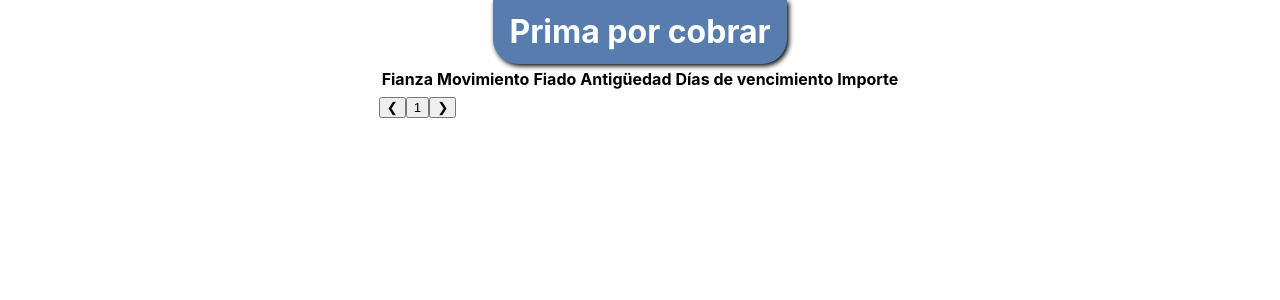
Repository: PCGP22/prueba-t-cnica-liberty-finanzas
Page: / (app in Prueba técnica full-stack/client/)
The author's editor kept a copy of each file at every save. The page is drawn from the files as they stood at one save, then again after the next save.
The browser window is 1280 px wide. The pictures show the whole page.
The page's requests for data from a server got no answer. The project was rebuilt for these pictures with package versions that can differ from the ones it lists, and the page was loaded fresh each time. No one was signed in, and anything a server would have sent is missing. Also part of the build but not shown: Prueba técnica full-stack/client/vite.config.js, Prueba técnica full-stack/client/src/components/Card.jsx, Prueba técnica full-stack/client/src/components/CardsContainer.jsx, Prueba técnica full-stack/client/src/components/Filters.jsx.

Above is the page before, as saved 2023-11-14 07:34:00.

### Prueba técnica full-stack/client/src/App.jsx
import { dataContext } from "./context/dataContext";
import Table from "./components/Table";
import { useEffect, useReducer } from "react";
import Pagination from "./components/pagination";
import reducer from "./hooks/Reducer";
import Header from "./components/Header";

function App() {
  let url = "http://localhost:5000/primas";
  const initialState = {
    backupData: {},
    data: {},
    dataToShow: {},
    currentPage: 1,
    maxPages: 1,
    contentPerPage: 8,
  };

  const [state, dispatch] = useReducer(reducer, initialState);
  useEffect(() => {
    fetch(url)
      .then((res) => res.json())
      .then((data) => dispatch({ type: "initialize", payload: data.primas }));
  }, [url]);

  return (
    <dataContext.Provider value={[state, dispatch]}>
      <Header />
      <Table />
      <Pagination />
    </dataContext.Provider>
  );
}

export default App;

### Prueba técnica full-stack/client/src/index.css
:root {
  font-family: Inter, system-ui, Avenir, Helvetica, Arial, sans-serif;
  line-height: 1.5;
  font-weight: 400;
  --background-color: #f2f2f1;
  --darkest-blue: #22305a;
  --blue: #1a4b94;
  --light-blue: #577dae;
  --lightest-blue: #9fbde4;
  --status-red: #de7878;
  --status-yellow: #f6c476;
  --status-green: #8fc475;
  --icon-red: #b93d3d;
  --icon-green: #6cb85d;
  --text-blue: #3a689d;
  --text-red:  #af2e2c;
  --box-shadow: black 2px 2px 5px;
}
body, h1{
  margin: 0;
  padding: 0;
}
body, header{
  display: flex;
  flex-direction: column;
  align-items: center;
}
h1{
  display: inline-block;
  padding: 8px 16px;
  border-radius: 0 0 25px 25px;
  background-color: var(--light-blue);
  color:white;
  text-align: center;
  box-shadow: var(--box-shadow);
}

header{
  background-image: linear-gradient(var(--blue), var(--darkest-blue), 90deg);
}

### Prueba técnica full-stack/client/src/context/dataContext.js
import { createContext } from "react";

export const dataContext = createContext();

### Prueba técnica full-stack/client/src/components/Table.jsx
import { calculateAntiquityInDays } from "../utils/utils";
import { useContext } from "react";
import { dataContext } from "../context/dataContext";

function Table() {
  const [state, dispatch] = useContext(dataContext);

  return (
    <table>
      <tbody>
        <tr>
          <th>Fianza</th>
          <th>Movimiento</th>
          <th>Fiado</th>
          <th>Antigüedad</th>
          <th>Días de vencimiento</th>
          <th>Importe</th>
        </tr>
        {state.dataToShow.length > 0 &&
          state.dataToShow.map((t) => {
            let antiquity = calculateAntiquityInDays(
              t.datos["fecha de emisión"]
            );
            let daysSinceStale = calculateAntiquityInDays(
              t.datos["fecha de vencimiento"]
            );
            if (daysSinceStale < 0) daysSinceStale = 0;
            return (
              <tr key={t.datos.código_de_fianza}>
                <td>{t.datos.código_de_fianza}</td>
                <td>{t.datos.tipo_de_movimiento}</td>
                <td>{t.datos.fiado}</td>
                <td>{antiquity}</td>
                <td>{daysSinceStale}</td>
                <td>${t.datos.importe.toLocaleString()}</td>
              </tr>
            );
          })}
      </tbody>
    </table>
  );
}

export default Table;

### Prueba técnica full-stack/client/src/components/pagination.jsx
import { useContext } from "react";
import { dataContext } from "../context/dataContext";

function Pagination() {
  const [state, dispatch] = useContext(dataContext);

  //   return <button onClick={() => dispatch({ type: "change" })}>Cambiar</button>;
  //   const { state.maxPages, state.currentPage, setstate.CurrentPage, setNextPage, setPrevPage } =
  // useContext(dataContext);
  //This pagination is somewhat complex because I've used it before in bigger proyects.
  //First, it initializes the pagination buttons to the first 6 numbers except for the number 1
  //The reason it doesn't includes the first page is because the first and last page buttons are always shown
  let pagesButtons = [2, 3, 4, 5, 6];
  //while the current page stays on the first three pages, show all first 6
  //The reason for the if, it's that I want the first 6 buttons to be shown when returning from the latest pages
  if (
    state.currentPage === 1 ||
    state.currentPage === 2 ||
    state.currentPage === 3
  ) {
    pagesButtons = [2, 3, 4, 5, 6];
  }
  //As soon as we change to page 4 or more, let's follow the current page and
  //add two buttons to the left and two to the right
  if (state.currentPage >= 4) {
    pagesButtons = [
      state.currentPage - 2,
      state.currentPage - 1,
      state.currentPage,
      state.currentPage + 1,
      state.currentPage + 2,
    ];
  }
  //When approaching to the right end of the pagination, show the last 5 pages
  if (
    state.currentPage === state.maxPages - 1 ||
    state.currentPage === state.maxPages - 2 ||
    state.currentPage === state.maxPages
  ) {
    //The reason it doesn't includes the last page is because the first and last page buttons are always shown
    pagesButtons = [
      state.maxPages - 5,
      state.maxPages - 4,
      state.maxPages - 3,
      state.maxPages - 2,
      state.maxPages - 1,
    ];
  }
  return (
    <section className="pagination">
      <button
        //About the class: When in first or last page the navigation chevrons will have a special class
        //The same happens when the button is the current page
        className={`${state.currentPage === 1 && "disabled"}`}
        onClick={() => dispatch({ type: "prevPage" })}>
        ❮
      </button>
      {/* First button, always shown */}
      <button
        className={`${state.currentPage === 1 && "disabled"}`}
        onClick={() => dispatch({ type: "setPage", payload: 1 })}>
        1
      </button>
      {/* Adds three dots in case the current page is bigger than 4*/}
      {state.currentPage > 4 && <p>•••</p>}
      {/* Map through all pages defined in the first part*/}
      {pagesButtons.map((p) => {
        if (p > 1 && p < state.maxPages)
          return (
            <button
              className={`${state.currentPage === p && "disabled"}`}
              key={p}
              onClick={() => dispatch({ type: "setPage", payload: p })}>
              {p}
            </button>
          );
      })}
      {/* Adds three dots in case the current page is getting closer to the right end*/}
      {state.currentPage < state.maxPages - 3 && <p>•••</p>}
      {/* If there's more than 1 page, show always the last page*/}
      {state.maxPages > 1 && (
        <button
          className={`${state.currentPage === state.maxPages && "disabled"}`}
          onClick={() =>
            dispatch({ type: "setPage", payload: state.maxPages })
          }>
          {state.maxPages}
        </button>
      )}
      <button
        className={`${state.currentPage === state.maxPages && "disabled"}`}
        onClick={() => dispatch({ type: "nextPage" })}>
        ❯
      </button>
    </section>
  );
}

export default Pagination;

### Prueba técnica full-stack/client/src/hooks/Reducer.js
function reducer(state, action) {
  function divideData(data, currentPage, state) {
    let dividedData = data.slice(
      (currentPage - 1) * state.contentPerPage,
      currentPage * state.contentPerPage
    );
    return dividedData;
  }
  function calculateMaxPages(data, state) {
    let maxPages = Math.ceil(data.length / state.contentPerPage);
    return maxPages;
  }
  const { type, payload } = action;
  switch (type) {
    case "initialize":
      return {
        ...state,
        backupData: payload,
        data: payload,
        dataToShow: divideData(payload, 1, state),
        maxPages: calculateMaxPages(payload, state),
      };
    case "prevPage":
      if (state.currentPage > 1) {
        return {
          ...state,
          currentPage: state.currentPage - 1,
          dataToShow: divideData(state.data, state.currentPage - 1, state),
        };
      } else return state;
    case "nextPage":
      if (state.currentPage < state.maxPages) {
        return {
          ...state,
          currentPage: state.currentPage + 1,
          dataToShow: divideData(state.data, state.currentPage + 1, state),
        };
      } else return state;
    case "setPage":
      return {
        ...state,
        currentPage: payload,
        dataToShow: divideData(state.data, payload, state),
      };
    case "filter":
      if (payload.filter === "") {
        return { ...state, dataToShow: state.backupData };
      } else
        return {
          ...state,
          dataToShow: state.backupData.filter(
            (d) => d[payload.type] === payload.filter
          ),
        };
    default:
      return state;
  }
}

export default reducer;

### Prueba técnica full-stack/client/src/components/Header.jsx
import CardsContainer from "./CardsContainer";
import Filters from "./Filters";

function Header() {
  return (
    <header>
      <h1>Prima por cobrar</h1>
      <Filters />
      <CardsContainer />
    </header>
  );
}

export default Header;

### Prueba técnica full-stack/client/src/utils/utils.js
//This function calculates how many days have passed since a date
export function calculateAntiquityInDays(date) {
  let parsedDate = parseDate(date);
  const CONSTANT_Ms_TO_DAYS = 86400000;
  let today = new Date();
  let comparisonDate = new Date(parsedDate);
  return Math.trunc((today - comparisonDate) / CONSTANT_Ms_TO_DAYS) - 1;
}

//transforms the date DD/MM/YYYY to an acceptable MM/DD/YYYY
function parseDate(date) {
  let stringToArray = date.split("/");
  let temp = stringToArray[0];
  stringToArray[0] = stringToArray[1];
  stringToArray[1] = temp;
  return stringToArray.join("/");
}

Loaded but not shown: Prueba técnica full-stack/client/index.html (common file); Prueba técnica full-stack/client/src/main.jsx (common file)

After the next save:
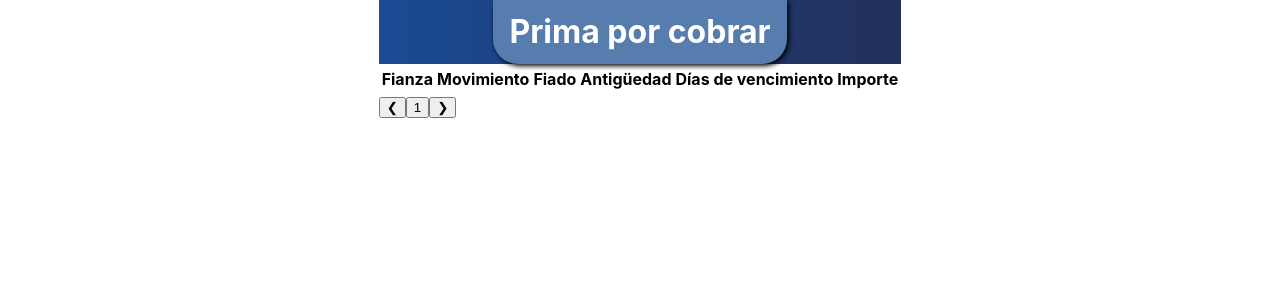
Saved 30 s later.
--- a/Prueba técnica full-stack/client/src/index.css
+++ b/Prueba técnica full-stack/client/src/index.css
@@ -36,5 +36,5 @@ h1{
 }
 
 header{
-  background-image: linear-gradient(var(--blue), var(--darkest-blue), 90deg);
+  background-image: linear-gradient(to right,var(--blue), var(--darkest-blue));
 }
